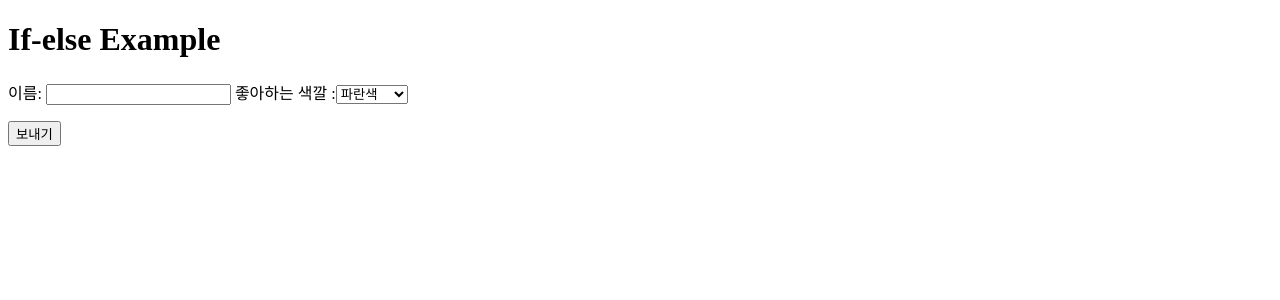
Repository: suji3kr/JSP_data
Page: studyJSP/src/main/webapp/if.html
The author's editor kept a copy of each file at every save. The page is drawn from the files as they stood at one save, then again after the next save.
The browser window is 1280 px wide. The pictures show the whole page.

Above is the page before, as saved 2024-11-11 05:29:54.

### studyJSP/src/main/webapp/if.html
<!DOCTYPE html>
<html>
<head>
<meta charset="UTF-8">
<title>If문 연습</title>
</head>
<body>
<h1>If-else Example</h1>
	<form method="post" action="if.jsp">

		이름: <input name ="color">
		좋아하는 색깔 :<select name ="color">
			<option value="blue" selected>파란색</option>
			<option value="red">붉은색</option>
			<option value="orange">오렌지색</option>
			<option value="etc">기타</option>
		</select><p/>

		<input type= "submit" value ="보내기">

	</form>

</body>
</html>

After the next save:
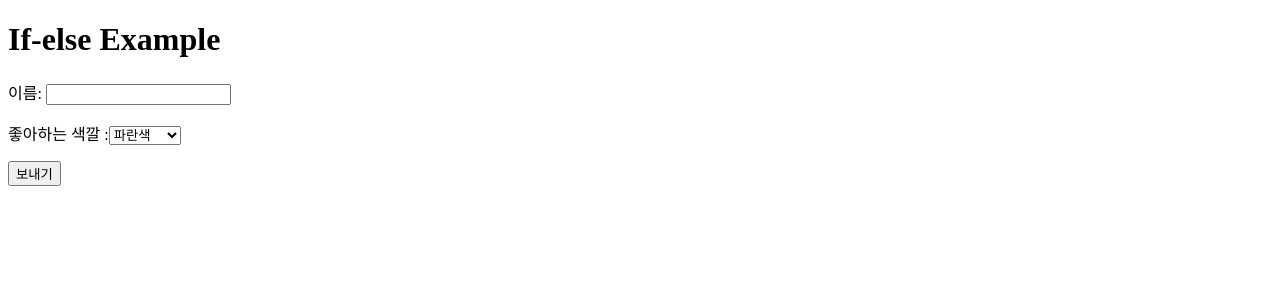
Saved 2 min 4 s later.
--- a/studyJSP/src/main/webapp/if.html
+++ b/studyJSP/src/main/webapp/if.html
@@ -8,7 +8,7 @@
 <h1>If-else Example</h1>
 	<form method="post" action="if.jsp">
 
-		이름: <input name ="color">
+		이름: <input name ="color"></p>
 		좋아하는 색깔 :<select name ="color">
 			<option value="blue" selected>파란색</option>
 			<option value="red">붉은색</option>
